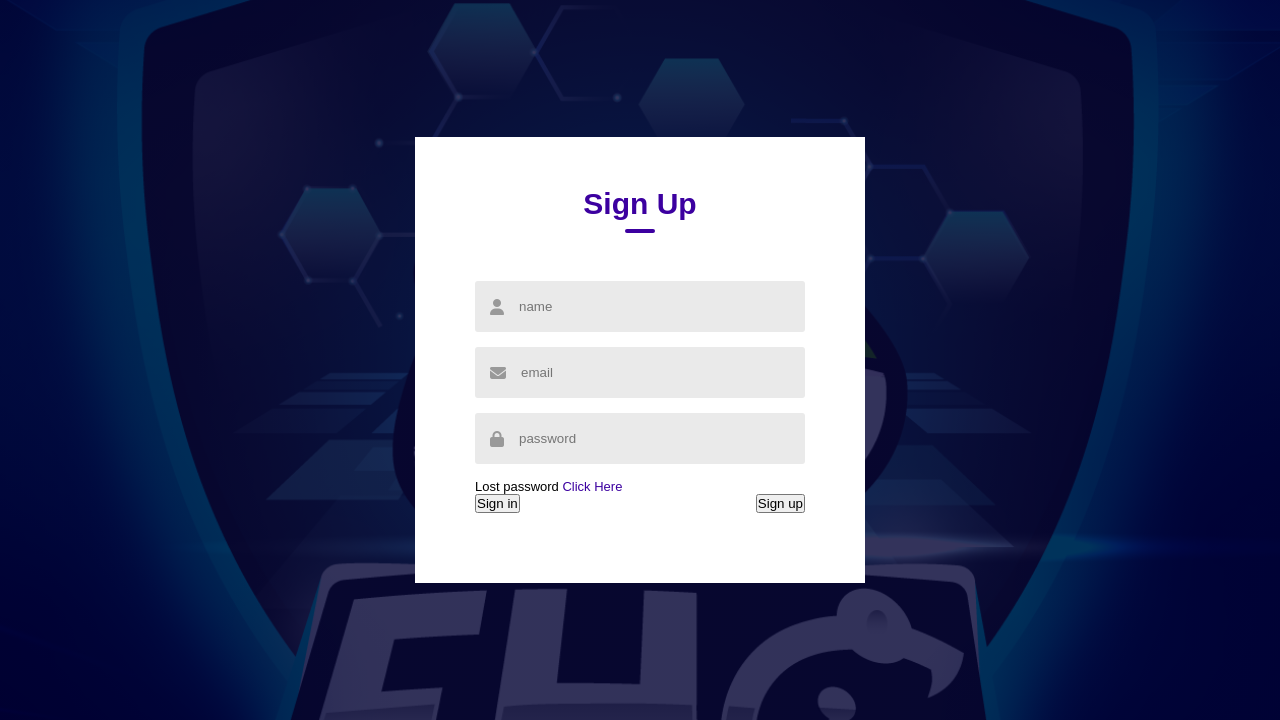
Repository: vietanhlek48/loginProject
Page: index.html
An editor plug-in stored every save of this project. The page is shown before and after the next save, followed by the edit.
The browser window is 1280 px wide. The pictures show the whole page.
Some web libraries are served in a nearby version.

Above is the page before, as saved 2023-02-16 01:00:50.

### index.html
<!DOCTYPE html>
<html lang="en">
<head>
    <meta charset="UTF-8">
    <meta http-equiv="X-UA-Compatible" content="IE=edge">
    <meta name="viewport" content="width=device-width, initial-scale=1.0">
    <title>EHC Login Page</title>
    <link rel="stylesheet" href="style.css">
    <script src="https://kit.fontawesome.com/e76348e85f.js" crossorigin="anonymous"></script>
</head>
<body>
    <div class="container">
        <div class="form-box">
            <h1>Sign Up</h1>
            <form>
                <div class="input-group">
                    <div class="input-field">
                        <i class="fa-solid fa-user"></i>
                        <input type="text" placeholder="name">
                    </div>

                    <div class="input-field">
                        <i class="fa-solid fa-envelope"></i>
                        <input type="email" placeholder="email">
                    </div>

                    <div class="input-field">
                        <i class="fa-solid fa-lock"></i>
                        <input type="password" placeholder="password">
                    </div>
                </div>
                <p>Lost password <a href="###">Click Here</a></p>


                <div class="btn-field">
                    <button typpe="button">Sign in</button>
                    <button typpe="button">Sign up</button>
                </div>
            </form>
        </div>

    </div>



</body>
</html>

### style.css
*{
    margin: 0;
    padding: 0;
    font-family: 'Poppins', sans-serif;
    box-sizing: border-box;
}

.container{
    width: 100%;
    height: 100vh;
    background-image: linear-gradient(rgba(0, 0, 50, 0.8), rgba(0, 0, 50, 0.8)), url(background.png);
    background-position: center;
    background-size: cover;
    position: fixed;
}

.form-box{
    width: 90%;
    max-width: 450px;
    position: absolute;
    top: 50%;
    left: 50%;
    transform: translate(-50%, -50%);
    background: #fff;
    padding: 50px 60px 70px;
    text-align: center;
}

.form-box h1{
    font-size: 30px;
    margin-bottom: 60px;
    color: #3c00a0;
    position: relative;
}

.form-box h1::after{
    content: '';
    width: 30px;
    height: 4px;
    border-radius: 3px;
    background: #3c00a0;
    position: absolute;
    bottom: -12px;
    left: 50%;
    transform: translateX(-50%);
}

.input-field{
    background: #eaeaea;
    margin: 15px 0;
    border-radius: 3px;
    display: flex;
    align-items: center;
}

input{
    width: 100px;
    background: transparent;
    border: 0;
    outline: 0;
    padding: 18px 15px;
}

.input-field i{
    margin-left: 15px;
    color: #999;
}

form p{
    text-align: left;
    font-size: 13px;
}

form p a{
    text-decoration: none;
    color: #3c00a0;
}

.btn-field{
    width: 100%;
    display: flex;
    justify-content: space-between;
}

.btn-field button

After the next save:
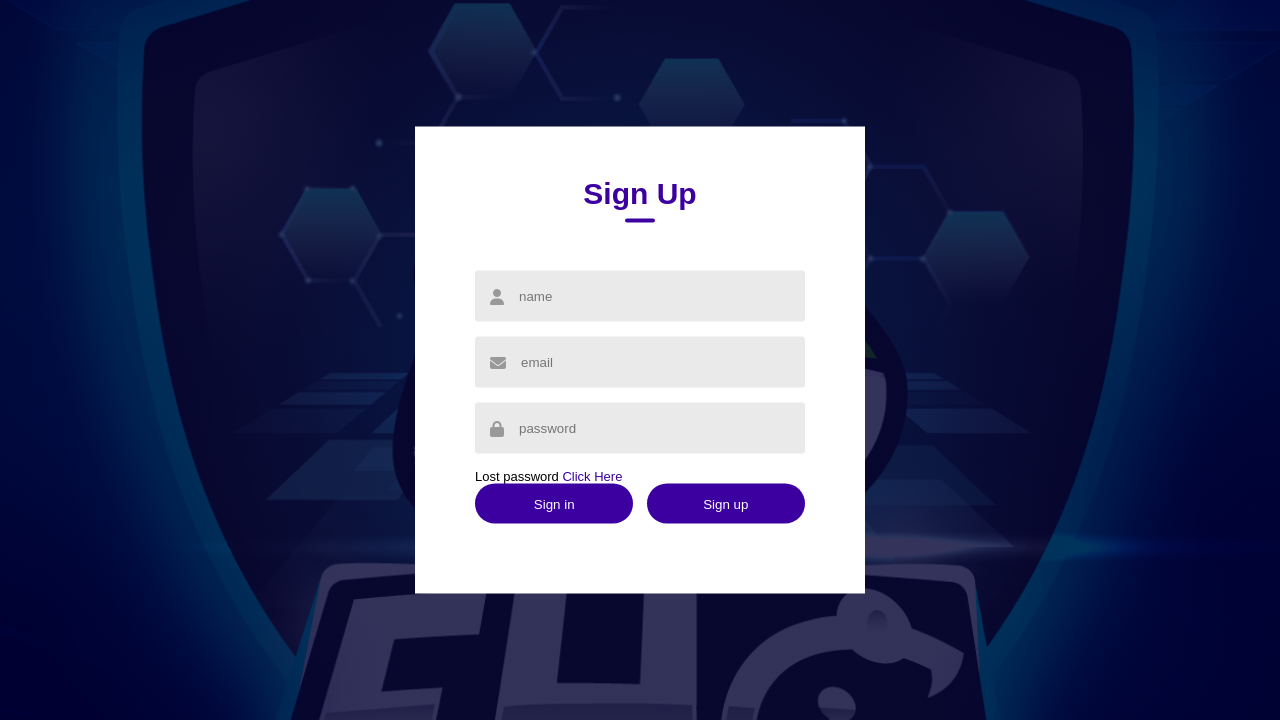
Saved 81 s later.
--- a/style.css
+++ b/style.css
@@ -82,4 +82,14 @@ form p a{
     justify-content: space-between;
 }
 
-.btn-field button
+.btn-field button{
+    flex-basis: 48%;
+    background: #3c00a0;
+    color: #fff;
+    height: 40px;
+    border-radius: 20px;
+    border: 0;
+    outline: 0;
+    cursor: pointer;
+    transition: background 1s;
+}
